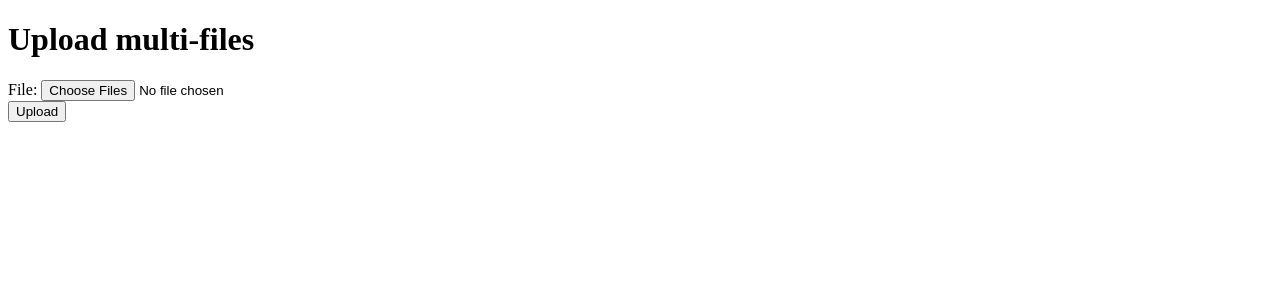
Repository: vanchihieu/www_week2
Page: Tuan2_Bai2_VanChiHieu/src/main/webapp/index.html
An editor plug-in stored every save of this project. The page is shown before and after the next save, followed by the edit.
The browser window is 1280 px wide. The pictures show the whole page.

Above is the page before, as saved 2024-09-07 09:00:43.

After the next save:
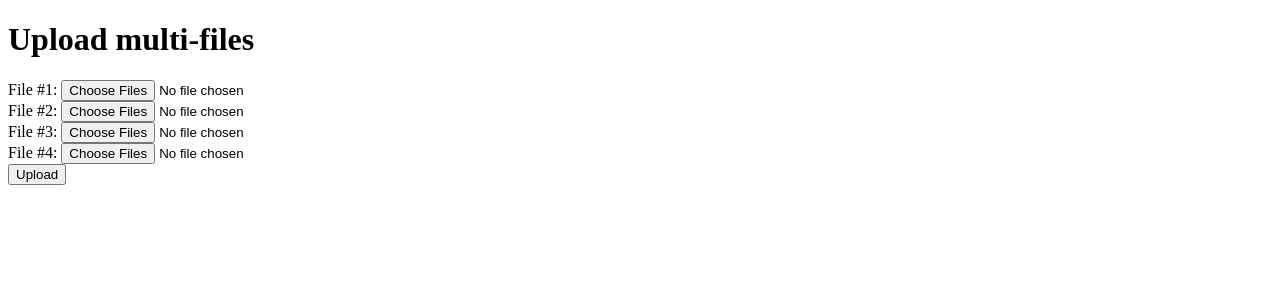
Saved 35 s later.
--- a/Tuan2_Bai2_VanChiHieu/src/main/webapp/index.html
+++ b/Tuan2_Bai2_VanChiHieu/src/main/webapp/index.html
@@ -14,7 +14,10 @@
         -->
 
         <!-- Upload multiple files -->
-        File: <input type="file" name="file[]" multiple="multiple"/> </br>
+        File #1: <input type="file" name="file[]" multiple="multiple"/> </br>
+        File #2: <input type="file" name="file[]" multiple="multiple"/> </br>
+        File #3: <input type="file" name="file[]" multiple="multiple"/> </br>
+        File #4: <input type="file" name="file[]" multiple="multiple"/> </br>
 
         <input type="submit" value="Upload" name="upload" id="upload" />
     </form>
